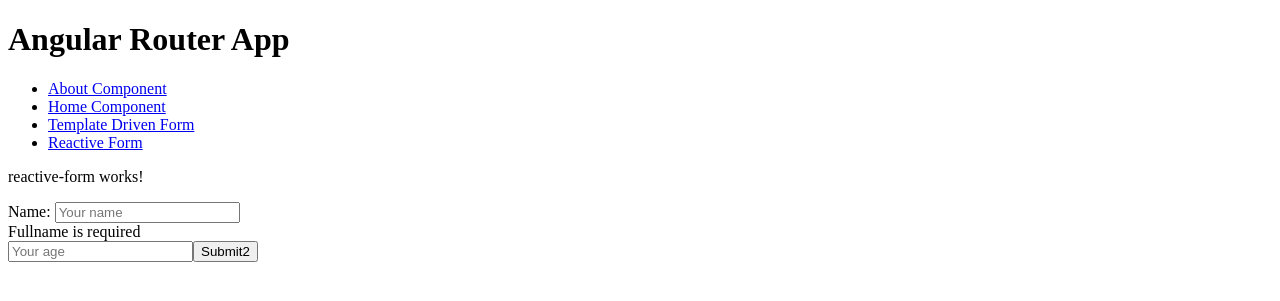
Repository: PhamTrungNguyen/Angular12
Page: /reactive (app in Angular/)
An editor plug-in stored every save of this project. The page is shown before and after the next save, followed by the edit.
The browser window is 1280 px wide. The pictures show the whole page.
The project was rebuilt for these pictures with package versions that can differ from the ones it lists, and the page was loaded fresh each time. Also part of the build but not shown: Angular/angular.json, Angular/src/app/template-driven-form/template-driven-form.component.ts, Angular/src/app/home/home.component.ts, Angular/src/app/about/about.component.ts, Angular/src/app/page-not-found/page-not-found.component.ts.

Above is the page before, as saved 2023-01-04 19:29:49.

### Angular/src/app/app.module.ts
import { NgModule } from '@angular/core';
import { BrowserModule } from '@angular/platform-browser';

import { AppRoutingModule } from './app-routing.module';
import { AppComponent } from './app.component';
import { HomeComponent } from './home/home.component';
import { AboutComponent } from './about/about.component';
import { FormsModule } from '@angular/forms';
import { OnSalePipe } from './on-sale.pipe';
import { PageNotFoundComponent } from './page-not-found/page-not-found.component';
import { HighlightDirective } from './Directives/highlight.directive';
import { TemplateDrivenFormComponent } from './template-driven-form/template-driven-form.component';
import { ReactiveFormComponent } from './reactive-form/reactive-form.component';
import { ReactiveFormsModule } from '@angular/forms';
@NgModule({
  declarations: [
    AppComponent,
    HomeComponent,
    AboutComponent,
    OnSalePipe,
    PageNotFoundComponent,
    HighlightDirective,
    TemplateDrivenFormComponent,
    ReactiveFormComponent,
  ],
  imports: [BrowserModule, AppRoutingModule, FormsModule, ReactiveFormsModule],
  providers: [],
  bootstrap: [AppComponent],
})
export class AppModule {}

### Angular/src/app/app-routing.module.ts
import { TemplateDrivenFormComponent } from './template-driven-form/template-driven-form.component';
import { HomeComponent } from './home/home.component';
import { AboutComponent } from './about/about.component';
import { PageNotFoundComponent } from './page-not-found/page-not-found.component';
import { NgModule } from '@angular/core';
import { RouterModule, Routes } from '@angular/router';
import { ReactiveFormComponent } from './reactive-form/reactive-form.component';

const routes: Routes = [
  { path: 'about', component: AboutComponent },
  { path: 'home', component: HomeComponent },
  { path: 'form', component: TemplateDrivenFormComponent },
  { path: 'reactive', component: ReactiveFormComponent },
  { path: '', component: HomeComponent },
  { path: '**', component: PageNotFoundComponent },
];

@NgModule({
  imports: [RouterModule.forRoot(routes)],
  exports: [RouterModule],
})
export class AppRoutingModule {}

### Angular/src/app/on-sale.pipe.ts
import { Pipe, PipeTransform } from '@angular/core';

@Pipe({
  name: 'onSale',
})
export class OnSalePipe implements PipeTransform {
  transform(value: unknown, ...args: unknown[]): unknown {
    // console.log('my pipe', value);
    try {
      if (value) {
        return 'Đang hạ giá';
      }
    } catch (error) {}
    return null;
  }
}

### Angular/src/app/Directives/highlight.directive.ts
import { Directive, ElementRef, Input } from '@angular/core';

@Directive({
  selector: '[appHighlight]',
})
export class HighlightDirective {
  @Input() appHighlight = 'blue';
  constructor(private el: ElementRef) {}
  public ngOnInit(): void {
    // console.log('HighlightDirective', this.appHighlight);
    this.el.nativeElement.style.color = this.appHighlight;
  }
}

### Angular/src/app/reactive-form/reactive-form.component.ts
import { HomeService } from './../Service/home.service';
import { Component, OnInit } from '@angular/core';
import {
  FormBuilder,
  FormControl,
  FormGroup,
  Validators,
} from '@angular/forms';

@Component({
  selector: 'app-reactive-form',
  templateUrl: './reactive-form.component.html',
  styleUrls: ['./reactive-form.component.scss'],
})
export class ReactiveFormComponent {
  // myForm: FormGroup;
  // public formData: FormGroup = new FormGroup({
  //   name: new FormControl(''),
  //   age: new FormControl(''),

  // });
  public formData = this.fb.group({
    name: ['', Validators.required],
    age: ['', Validators.required],
  });
  submitted = false;
  get f() {
    return this.formData.controls;
  }
  constructor(private home: HomeService, private fb: FormBuilder) {}
  ngOnInit() {}
  public submitForm(): void {
    // console.log('Data:', this.formData.value);
    this.home.submitData(this.formData.value);
    this.submitted = true;
  }
}

### Angular/src/app/app.component.html
<h1>Angular Router App</h1>
<!-- This nav gives you links to click, which tells the router which route to use (defined in the routes constant in  AppRoutingModule) -->
<nav>
    <ul>
        <li>
            <a routerLink="/about" routerLinkActive="active" ariaCurrentWhenActive="page">About Component</a>
        </li>
        <li>
            <a routerLink="/home" routerLinkActive="active" ariaCurrentWhenActive="page">Home Component</a>
        </li>
        <li>
            <a routerLink="/form" routerLinkActive="active" ariaCurrentWhenActive="page">Template Driven Form</a>
        </li>
        <li>
            <a routerLink="/reactive" routerLinkActive="active" ariaCurrentWhenActive="page">Reactive Form</a>
        </li>
    </ul>
</nav>
<!-- The routed views render in the <router-outlet>-->
<router-outlet></router-outlet>

### Angular/src/app/Service/home.service.ts
import { Injectable } from '@angular/core';

@Injectable({
  providedIn: 'root',
})
export class HomeService {
  public counter = 10;
  constructor() {}
  public count(n: number): number {
    return n * n;
  }
  public submitData(data: any): void {
    console.log('Data :', data);
  }
}

### Angular/src/app/reactive-form/reactive-form.component.html
<p>reactive-form works!</p>

<form action="" [formGroup]="formData">
    Name:
    <input type="text" formControlName="name" placeholder="Your name" [ngClass]="{ 'is-invalid':f.name.errors }" />
    <div *ngIf=" f.name.errors" class="invalid-feedback">
        <div *ngIf="f.name.errors">Fullname is required</div>
    </div>
    <!-- <div *ngIf="formData.get('name') ">
        Please provide a name.
    </div> -->
    <input type="text" formControlName="age" placeholder="Your age" />
    <!-- <button (click)="submitForm()">Submit</button> -->
    <button type="submit" (click)="submitForm()">Submit2</button>
</form>

Loaded but not shown: Angular/src/index.html (common file); Angular/src/styles.scss (common file); Angular/src/main.ts (common file); Angular/src/app/app.component.ts (common file); Angular/src/app/app.component.scss (no stored copy; drawn as an empty file); Angular/src/app/reactive-form/reactive-form.component.scss (no stored copy; drawn as an empty file)

After the next save:
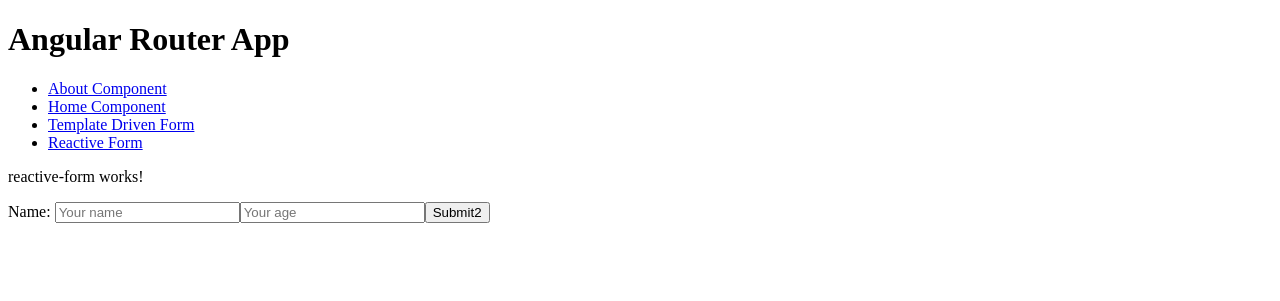
Saved 7 s later.
--- a/Angular/src/app/reactive-form/reactive-form.component.html
+++ b/Angular/src/app/reactive-form/reactive-form.component.html
@@ -3,7 +3,7 @@
 <form action="" [formGroup]="formData">
     Name:
     <input type="text" formControlName="name" placeholder="Your name" [ngClass]="{ 'is-invalid':f.name.errors }" />
-    <div *ngIf=" f.name.errors" class="invalid-feedback">
+    <div *ngIf="submitted&& f.name.errors" class="invalid-feedback">
         <div *ngIf="f.name.errors">Fullname is required</div>
     </div>
     <!-- <div *ngIf="formData.get('name') ">
